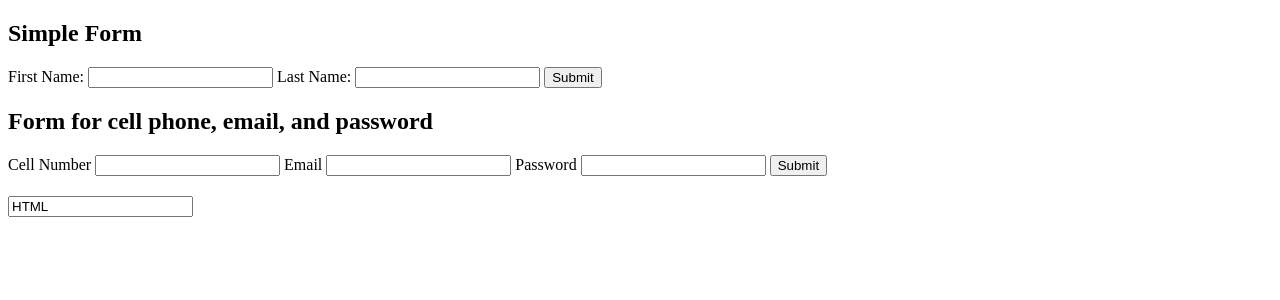
Repository: TheTroyPhillips/Block14
Page: Coursework/Block10/index.html
An editor plug-in stored every save of this project. The page is shown before and after a run of saves, followed by the edit.
The browser window is 1280 px wide. The pictures show the whole page.

Above is the page before, as saved 2023-09-07 19:31:22.

After the next 4 saves:
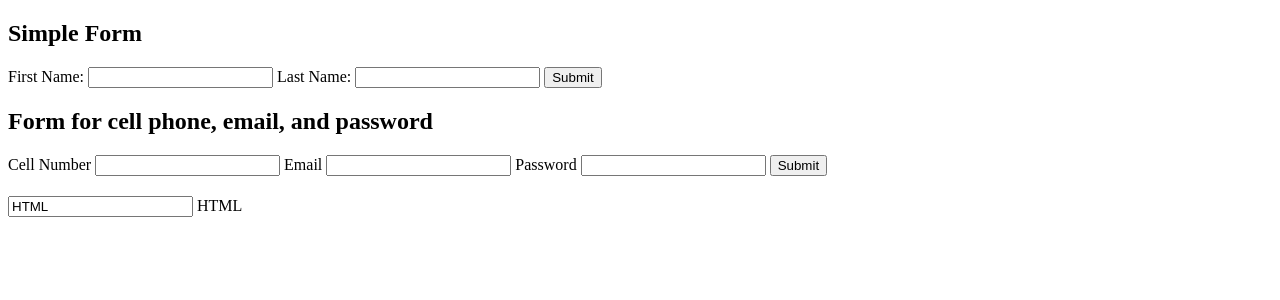
The 4 saves are shown as one change because they came seconds apart.
The last was saved 13 s later.
--- a/Coursework/Block10/index.html
+++ b/Coursework/Block10/index.html
@@ -33,6 +33,7 @@
         <h2></h2>
         <form>
             <input type="" id="" name="fav_language" value="HTML">
+            <label for="html">HTML</label>
         </form>
     </article>
 </body>
